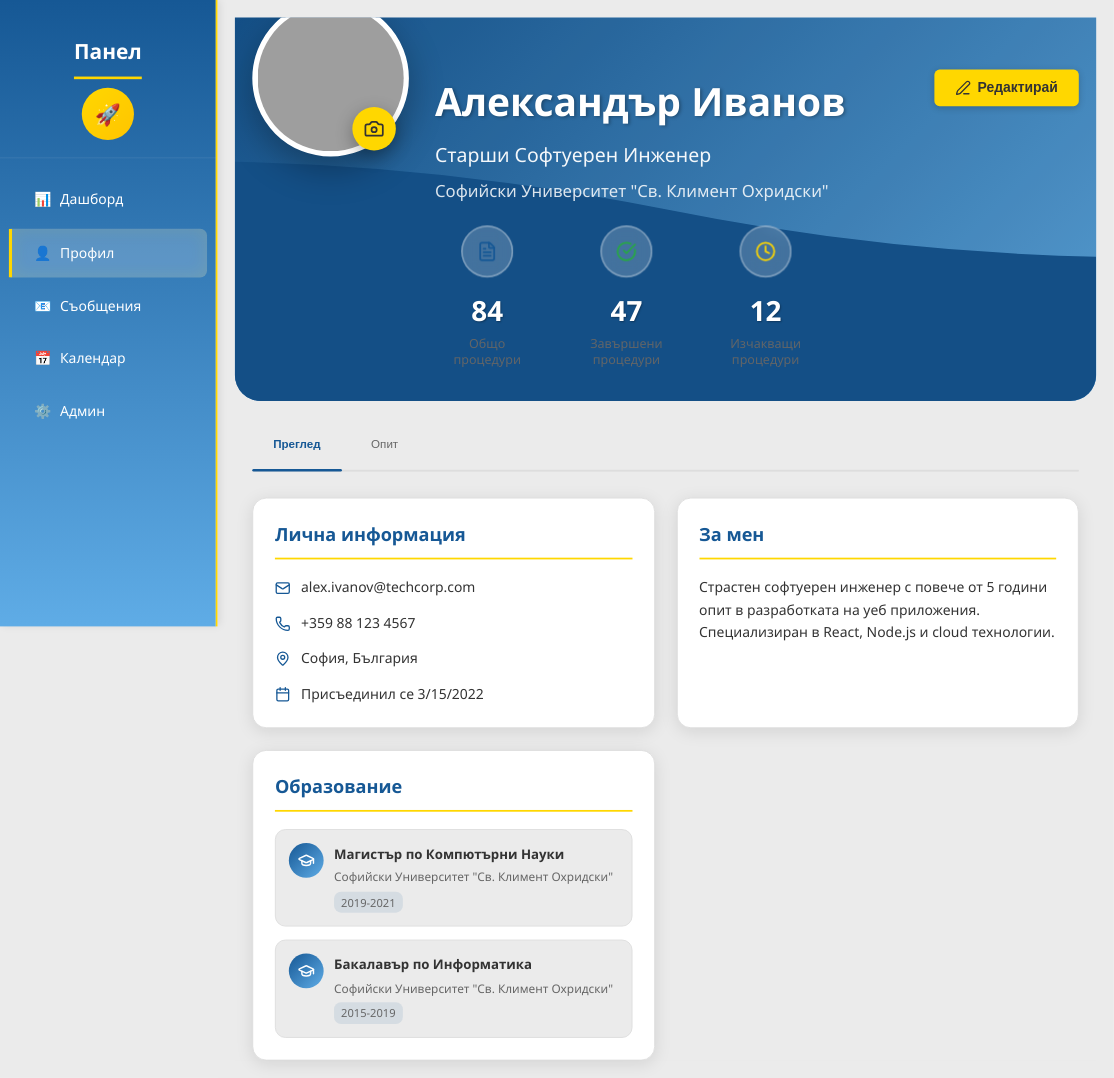
Repository: BorisSavianov/doxa-frontend
Page: /profile
These files come from the project's save history. The page is drawn as it stood at one moment and after the next save; the edit follows.
The browser window is 1280 px wide. The pictures show the whole page, at 87% of full size.
Pictures or frames that could not be fetched are drawn as grey boxes. The project was rebuilt for these pictures with package versions that can differ from the ones it lists, and the page was loaded fresh each time. Also part of the build but not shown: vite.config.js, src/components/Layout/Header.jsx, src/components/Charts/SimpleChart.jsx, src/pages/Dashboard.jsx, src/pages/Inbox.css, src/pages/Inbox.jsx, src/pages/Calendar.css, src/pages/Calendar.jsx and 1 more.

Above is the page before, as saved 2025-10-24 14:03:11.

After the next save:
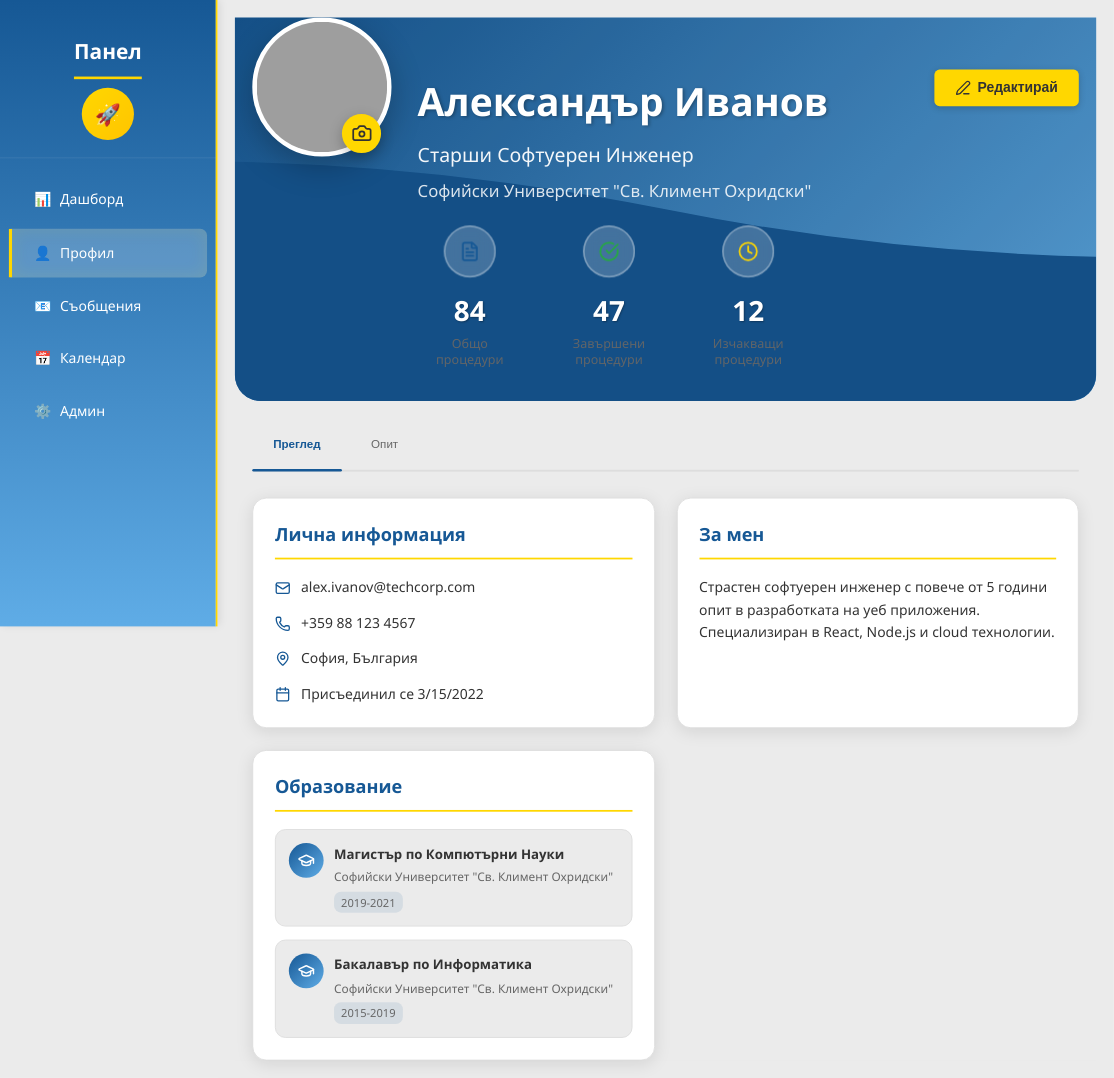
Saved 76 s later.
--- a/src/pages/Profile.css
+++ b/src/pages/Profile.css
@@ -50,28 +50,27 @@
   flex: 1;
 }
 
-/* Large Avatar */
 .large-avatar-container {
   position: relative;
-  margin-top: -60px;
+  margin-top: -40px; /* Променено от -60px на -40px */
 }
 
 .large-profile-avatar {
-  width: 180px;
-  height: 180px;
+  width: 160px; /* Променено от 180px на 160px */
+  height: 160px; /* Променено от 180px на 160px */
   border-radius: 50%;
-  border: 6px solid white;
+  border: 5px solid white; /* Променено от 6px на 5px */
   background: var(--surface);
-  box-shadow: 0 15px 40px rgba(0, 0, 0, 0.3);
+  box-shadow: 0 12px 35px rgba(0, 0, 0, 0.25); /* Леко намалена сянка */
   object-fit: cover;
 }
 
 .avatar-edit-btn.large {
   position: absolute;
-  bottom: 15px;
-  right: 15px;
-  width: 50px;
-  height: 50px;
+  bottom: 12px; /* Променено от 15px на 12px */
+  right: 12px; /* Променено от 15px на 12px */
+  width: 45px; /* Променено от 50px на 45px */
+  height: 45px; /* Променено от 50px на 45px */
   border-radius: 50%;
   background: var(--accent);
   border: none;
@@ -80,7 +79,7 @@
   display: flex;
   align-items: center;
   justify-content: center;
-  box-shadow: 0 6px 20px rgba(0, 0, 0, 0.3);
+  box-shadow: 0 5px 15px rgba(0, 0, 0, 0.25); /* Леко намалена сянка */
   transition: var(--transition);
   font-weight: bold;
 }
